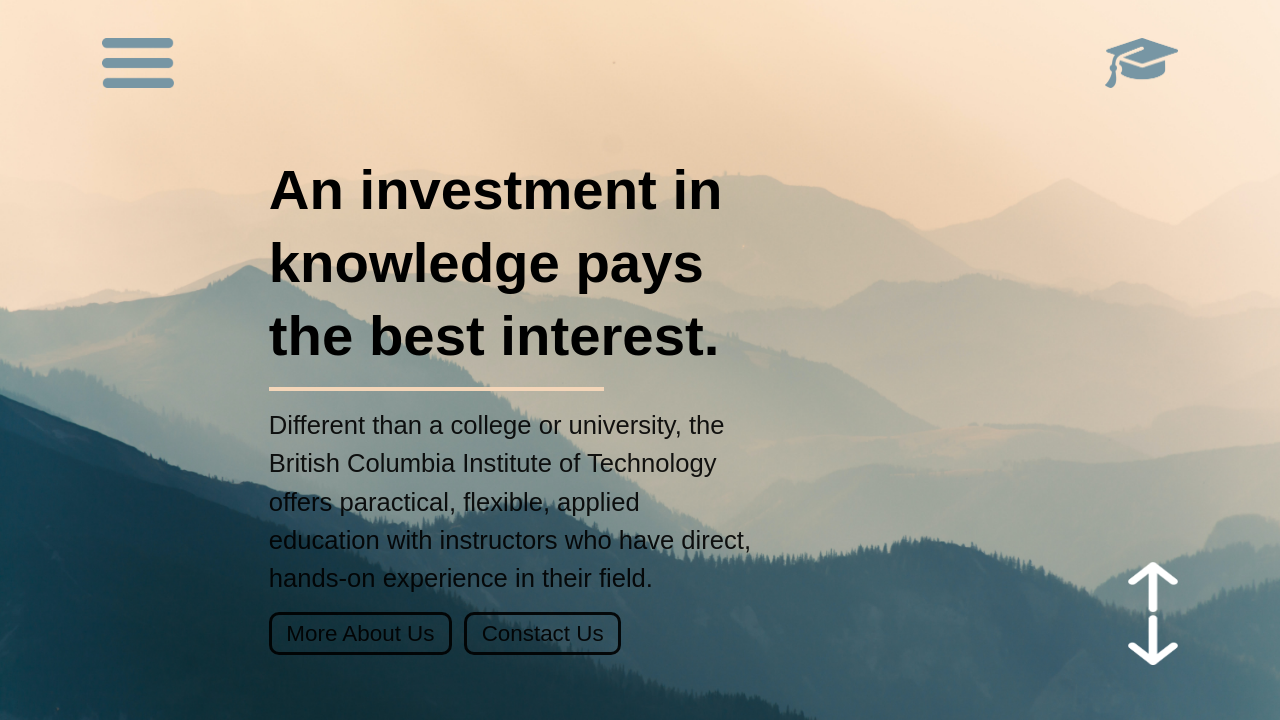
Repository: Kinakopan/playwright_bcit
Page: /
These files come from the project's save history. The page is drawn as it stood at one moment and after the next save; the edit follows.
The browser window is 1280 px wide. The pictures show the whole page.
Some web fonts or font styles are not loaded; a fallback is used. The project was rebuilt for these pictures with package versions that can differ from the ones it lists, and the page was loaded fresh each time. The framework's server and built-in components were replaced by stand-ins that run in the browser. Also part of the build but not shown: next.config.js.

Above is the page before, as saved 2023-01-28 10:37:54.

### pages/_app.js
// import '@/styles/globals.css'
import '../styles/globals.css'
import '../styles/variables.css'
import Head from 'next/head'

export default function App({ Component, pageProps }) {
  return (
    <>
      <Head>
        <title>Example #1</title>
        <meta name="description" content="Generated by create next app" />
        <meta name="viewport" content="width=device-width, initial-scale=1" />
        <link href="https://fonts.googleapis.com/css2?family=Myriad+Pro:wght@100;400;700&display=swap" rel="stylesheet" />
        <link rel="icon" href="/favicon.ico" />
      </Head>
      <Component {...pageProps} />
    </>
  )
}

### pages/index.js
// import axios from 'axios'
import Link from 'next/link';
import styles from '@/styles/Home.module.css';
import Arrow from '/components/arrow';
import Navbar from '/components/navbar';
import { Inter } from '@next/font/google';
import { useState, useEffect } from 'react';

const inter = Inter({ subsets: ['latin'] })

export default function Home() {
  // const [bgImg, setBgImg] = useState('/background-images/backgroundMountain.jpg');
  // const [upArrowClicked, setUpArrowClicked] = useState(false);
  // const [downArrowClicked, setDownArrowClicked] = useState(false);

  // useEffect(() => {
  //   if (upArrowClicked) {
  //     if (bgImg==='/background-images/backgroundMountainUpsideDown.jpg') {
  //       setBgImg('/background-images/backgroundMountain.jpg');
  //     }
  //   }
  // });

  // useEffect(() => {
  //   if (downArrowClicked) {
  //     if (bgImg===('/background-images/backgroundMountain.jpg')) {
  //       setBgImg('/background-images/backgroundMountainUpsideDown.jpg');
  //     }
  //   }
  // });

  return (
    <>
      <div
        className={styles.homeBody}
        // style={{backgroundImage: `url(${bgImg})`}}
        style={{backgroundImage: `url(/background-images/backgroundMountain.jpg)`}}
        >
        <div className={styles.wrapper}>

          <Navbar/>

          {/* Main contents under nav bar */}
          <main className={styles.main}>
            <div className={styles.textBox}>
              <h2 className={styles.text_lead}>
                An investment in knowledge pays the best interest.
              </h2>
              <p className={styles.text_body}>
                Different than a college or university, the British Columbia Institute of Technology offers paractical, flexible, applied education with instructors who have direct, hands-on experience in their field.
              </p>
              <div className={styles.text_btnBox}>
                <Link
                  className={styles.btn_about}
                  href="/about">More About Us</Link>
                <Link
                  className={styles.btn_contact}
                  href="/contact">Constact Us</Link>
              </div>
            </div>
          </main>

          <Arrow/>

        </div>
      </div>
    </>
  )
}

### styles/variables.css
:root {
  --primary-color: |#fff;
  --secondary-color: #F4D6B9;
  --ternary-color: #7796A4;
  --quaternary-color: #14343D;
  --quinary-color: rgba(16,46,53,0.5);
}

### styles/Home.module.css
@import '/styles/variables.css';

.main {
  display: flex;
  flex-direction: column;
  justify-content: space-between;
  align-items: center;
  padding: 6rem;
  min-height: 100vh;
}

.description {
  display: inherit;
  justify-content: inherit;
  align-items: inherit;
  font-size: 0.85rem;
  max-width: var(--max-width);
  width: 100%;
  z-index: 2;
  font-family: var(--font-mono);
}

.description a {
  display: flex;
  justify-content: center;
  align-items: center;
  gap: 0.5rem;
}

.description p {
  position: relative;
  margin: 0;
  padding: 1rem;
  background-color: rgba(var(--callout-rgb), 0.5);
  border: 1px solid rgba(var(--callout-border-rgb), 0.3);
  border-radius: var(--border-radius);
}

.code {
  font-weight: 700;
  font-family: var(--font-mono);
}

.grid {
  display: grid;
  grid-template-columns: repeat(4, minmax(25%, auto));
  width: var(--max-width);
  max-width: 100%;
}

.card {
  padding: 1rem 1.2rem;
  border-radius: var(--border-radius);
  background: rgba(var(--card-rgb), 0);
  border: 1px solid rgba(var(--card-border-rgb), 0);
  transition: background 200ms, border 200ms;
}

.card span {
  display: inline-block;
  transition: transform 200ms;
}

.card h2 {
  font-weight: 600;
  margin-bottom: 0.7rem;
}

.card p {
  margin: 0;
  opacity: 0.6;
  font-size: 0.9rem;
  line-height: 1.5;
  max-width: 30ch;
}

.center {
  display: flex;
  justify-content: center;
  align-items: center;
  position: relative;
  padding: 4rem 0;
}

.center::before {
  background: var(--secondary-glow);
  border-radius: 50%;
  width: 480px;
  height: 360px;
  margin-left: -400px;
}

.center::after {
  background: var(--primary-glow);
  width: 240px;
  height: 180px;
  z-index: -1;
}

.center::before,
.center::after {
  content: '';
  left: 50%;
  position: absolute;
  filter: blur(45px);
  transform: translateZ(0);
}

.logo,
.thirteen {
  position: relative;
}

.thirteen {
  display: flex;
  justify-content: center;
  align-items: center;
  width: 75px;
  height: 75px;
  padding: 25px 10px;
  margin-left: 16px;
  transform: translateZ(0);
  border-radius: var(--border-radius);
  overflow: hidden;
  box-shadow: 0px 2px 8px -1px #0000001a;
}

.thirteen::before,
.thirteen::after {
  content: '';
  position: absolute;
  z-index: -1;
}

/* Conic Gradient Animation */
.thirteen::before {
  animation: 6s rotate linear infinite;
  width: 200%;
  height: 200%;
  background: var(--tile-border);
}

/* Inner Square */
.thirteen::after {
  inset: 0;
  padding: 1px;
  border-radius: var(--border-radius);
  background: linear-gradient(
    to bottom right,
    rgba(var(--tile-start-rgb), 1),
    rgba(var(--tile-end-rgb), 1)
  );
  background-clip: content-box;
}

/* Enable hover only on non-touch devices */
@media (hover: hover) and (pointer: fine) {
  .card:hover {
    background: rgba(var(--card-rgb), 0.1);
    border: 1px solid rgba(var(--card-border-rgb), 0.15);
  }

  .card:hover span {
    transform: translateX(4px);
  }
}

@media (prefers-reduced-motion) {
  .thirteen::before {
    animation: none;
  }

  .card:hover span {
    transform: none;
  }
}

/* Mobile */
@media (max-width: 700px) {
  .content {
    padding: 4rem;
  }

  .grid {
    grid-template-columns: 1fr;
    margin-bottom: 120px;
    max-width: 320px;
    text-align: center;
  }

  .card {
    padding: 1rem 2.5rem;
  }

  .card h2 {
    margin-bottom: 0.5rem;
  }

  .center {
    padding: 8rem 0 6rem;
  }

  .center::before {
    transform: none;
    height: 300px;
  }

  .description {
    font-size: 0.8rem;
  }

  .description a {
    padding: 1rem;
  }

  .description p,
  .description div {
    display: flex;
    justify-content: center;
    position: fixed;
    width: 100%;
  }

  .description p {
    align-items: center;
    inset: 0 0 auto;
    padding: 2rem 1rem 1.4rem;
    border-radius: 0;
    border: none;
    border-bottom: 1px solid rgba(var(--callout-border-rgb), 0.25);
    background: linear-gradient(
      to bottom,
      rgba(var(--background-start-rgb), 1),
      rgba(var(--callout-rgb), 0.5)
    );
    background-clip: padding-box;
    backdrop-filter: blur(24px);
  }

  .description div {
    align-items: flex-end;
    pointer-events: none;
    inset: auto 0 0;
    padding: 2rem;
    height: 200px;
    background: linear-gradient(
      to bottom,
      transparent 0%,
      rgb(var(--background-end-rgb)) 40%
    );
    z-index: 1;
  }
}

/* Tablet and Smaller Desktop */
@media (min-width: 701px) and (max-width: 1120px) {
  .grid {
    grid-template-columns: repeat(2, 50%);
  }
}

@media (prefers-color-scheme: dark) {
  .vercelLogo {
    filter: invert(1);
  }

  .logo,
  .thirteen img {
    filter: invert(1) drop-shadow(0 0 0.3rem #ffffff70);
  }
}

@keyframes rotate {
  from {
    transform: rotate(360deg);
  }
  to {
    transform: rotate(0deg);
  }
}



/*****************************
******************************
            AUTHOR
******************************
*****************************/

/*============================
    From here - Common Style
============================*/
/* From here - components/navbar.js */
.nav {
  display: flex;
  flex-direction: row;
  justify-content: space-between;
  width: 100%;
  padding: 3% 8% 0 8%;
}

.burgar,
.hat {
  width: fit-content;
}

/* From here - components/arrow.js */
.arrowBox {
  flex: 1;
  display: flex;
  flex-direction: column;
  justify-content: space-between;
  align-items: flex-end;
  position: fixed;
  width: fit-content;
  height: 12%;
  right: 8%;
  bottom: 10%;
}

.arrowBox * {
  background: transparent;
  border: none;
}

/* From here - general */
.homeBody,
.aboutBody,
.contactBody,
.wrapper {
  display: flex;
  flex-direction: column;
  width: 100vw;
  height: 100vh;
  overflow: hidden;
}

.homeBody,
.aboutBody,
.contactBody {
  /* font-size: 62.5%; */
  background-size: cover;
  background-position: center;
  background-repeat: no-repeat;
  line-height: 1.5;
  font-family: 'Myriad Pro', sans-serif;
  font-weight: 100;
  text-align: left;
}

.wrapper {
  font-size: 1.6rem;
  background-size: cover;
}

.main {
  display: flex;
  width: 100%;
}

/* .heading_h1 {

}

.heading_h2 {

} */
/*============================
    From here - Home Page
============================*/
.homeBody .main {
  flex-direction: row;
  justify-content: flex-start;
  align-items: flex-end;
  padding: 0 0 12% 21%;
}

.homeBody .textBox {
  display: flex;
  flex-direction: column;
  width: 48%;
}

.homeBody .textBox * {
  color: var(--primary-color);
}

.homeBody .text_lead {
  font-family: 'Myriad Pro', sans-serif;
  /* font-size: 3.6rem; */
  font-size: 220%;
  line-height: 1.3;
  padding-bottom: 3%;
  margin-bottom: 3%;
  border-bottom: 4px solid;
  border-image: linear-gradient(to right, rgba(244,214,185,1) 0%, rgba(244,214,185,1) 69%, rgba(244,214,185,0) 69%, rgba(244,214,185,0) 100%) 1;
}

.homeBody .text_body,
.homeBody .text_btnBox * {
  opacity: .9;
}

.homeBody .text_btnBox {
  display: flex;
  flex-direction: row;
}

.homeBody .text_btnBox * {
  font-size: 1.4rem;
  background: transparent;
  padding: .3% 3%;
  border: 3px solid;
  border-color: var(--primary-color);
  border-radius: 10px;
  margin: 3% 2.5% 0 0;
}

.homeBody .btn_about:hover {
  color: transparent;
  background: white;
}

/*============================
    From here - About Page
============================*/
.aboutBody {
  background: var(--quaternary-color);
}

/* .homeBody .main {

} */

.heading_about {
  display: flex;
  align-items: center;
}

.heading_about:before,
.heading_about:after {
  content: "";
  height: 1px;
  flex-grow: 1;
  background: var(--primary-glow);
}

.heading_about:before {
  margin-right: 1rem;
}

.heading_about:after {
  margin-left: 1rem;
}

.aboutBody .text_body {
  display: flex;
  justify-content: flex-start;
  align-items: flex-start;
}


/*============================
    From here - Contact Page
============================*/

### components/arrow.js
import Image from 'next/image';
import styles from '@/styles/Home.module.css';

export default function Arrow() {
  return (
    <div className={styles.arrowBox}>
      <button
        className={styles.arrowDown}
        onClick={() => setUpArrowClicked(true)}
      >
        <Image
          src='/icons/upwardArrow.png'
          alt="Upward arrow icon"
          width={50}
          height={50}
        />
      </button>

      <button
        className={styles.arrowDown}
        onClick={() => setDownArrowClicked(true)}
      >
        <Image
          src='/icons/downwardArrow.png'
          alt="Downward arrow icon"
          width={50}
          height={50}
        />
      </button>
    </div>
  )
}

### components/navbar.js
import Image from 'next/image';
import styles from '@/styles/Home.module.css';

export default function Navbar() {
  return (
    <nav className={styles.nav}>
      <Image
        className={styles.burgar}
        src='/icons/menu-icon.png'
        alt="menu icon"
        width={50}
        height={50}
      />
      <Image
        className={styles.hat}
        src='/icons/graduation-hat.png'
        alt="Graduation hat icon"
        width={50}
        height={50}
      />
    </nav>
  )
}

Loaded but not shown: pages/_document.js (common file); styles/globals.css (common file)

After the next save:
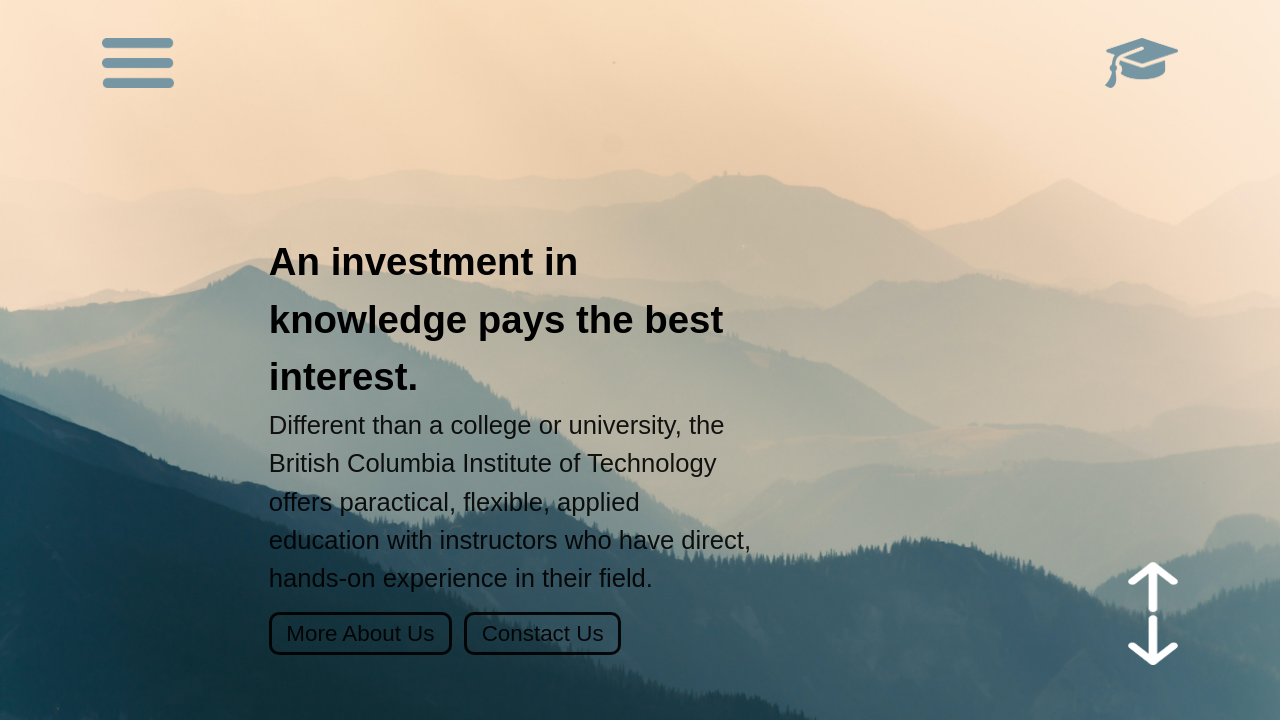
Saved 38 s later.
--- a/pages/index.js
+++ b/pages/index.js
@@ -43,7 +43,7 @@
           {/* Main contents under nav bar */}
           <main className={styles.main}>
             <div className={styles.textBox}>
-              <h2 className={styles.text_lead}>
+              <h2 className={styles.heading}>
                 An investment in knowledge pays the best interest.
               </h2>
               <p className={styles.text_body}>

After the save that followed:
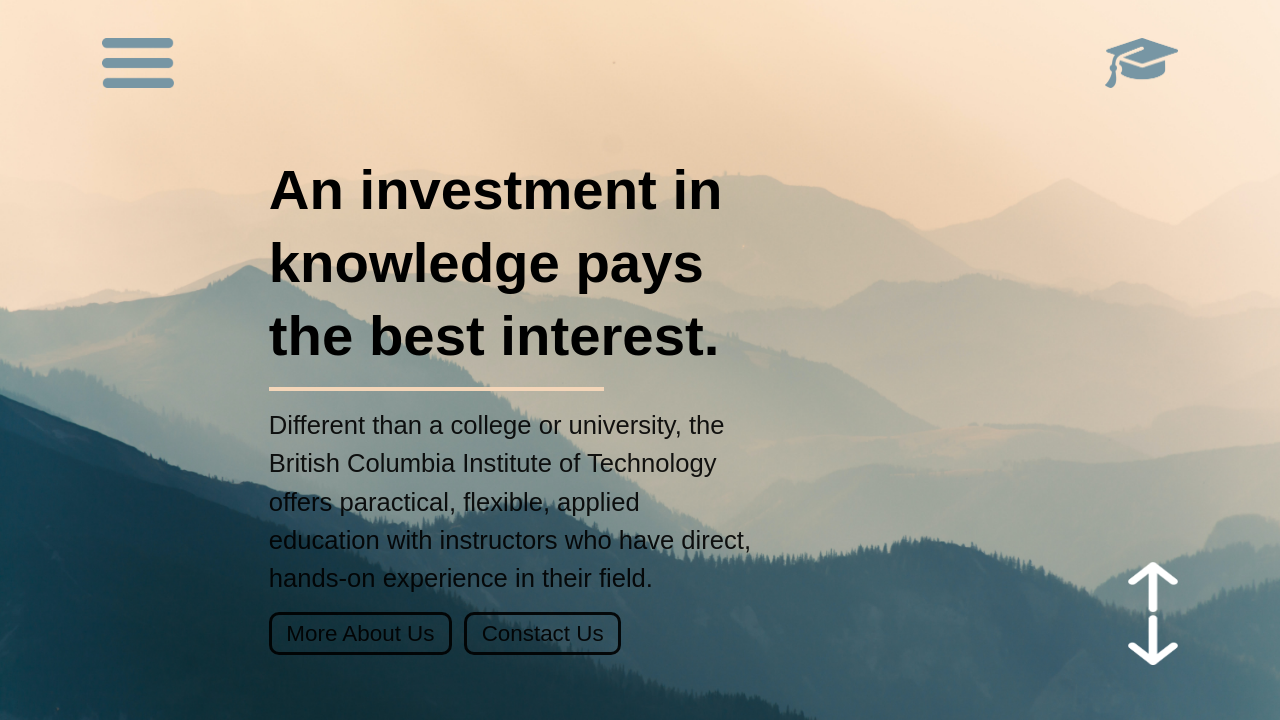
Saved 8 s later.
--- a/styles/Home.module.css
+++ b/styles/Home.module.css
@@ -385,7 +385,7 @@
   color: var(--primary-color);
 }
 
-.homeBody .text_lead {
+.homeBody .heading {
   font-family: 'Myriad Pro', sans-serif;
   /* font-size: 3.6rem; */
   font-size: 220%;
